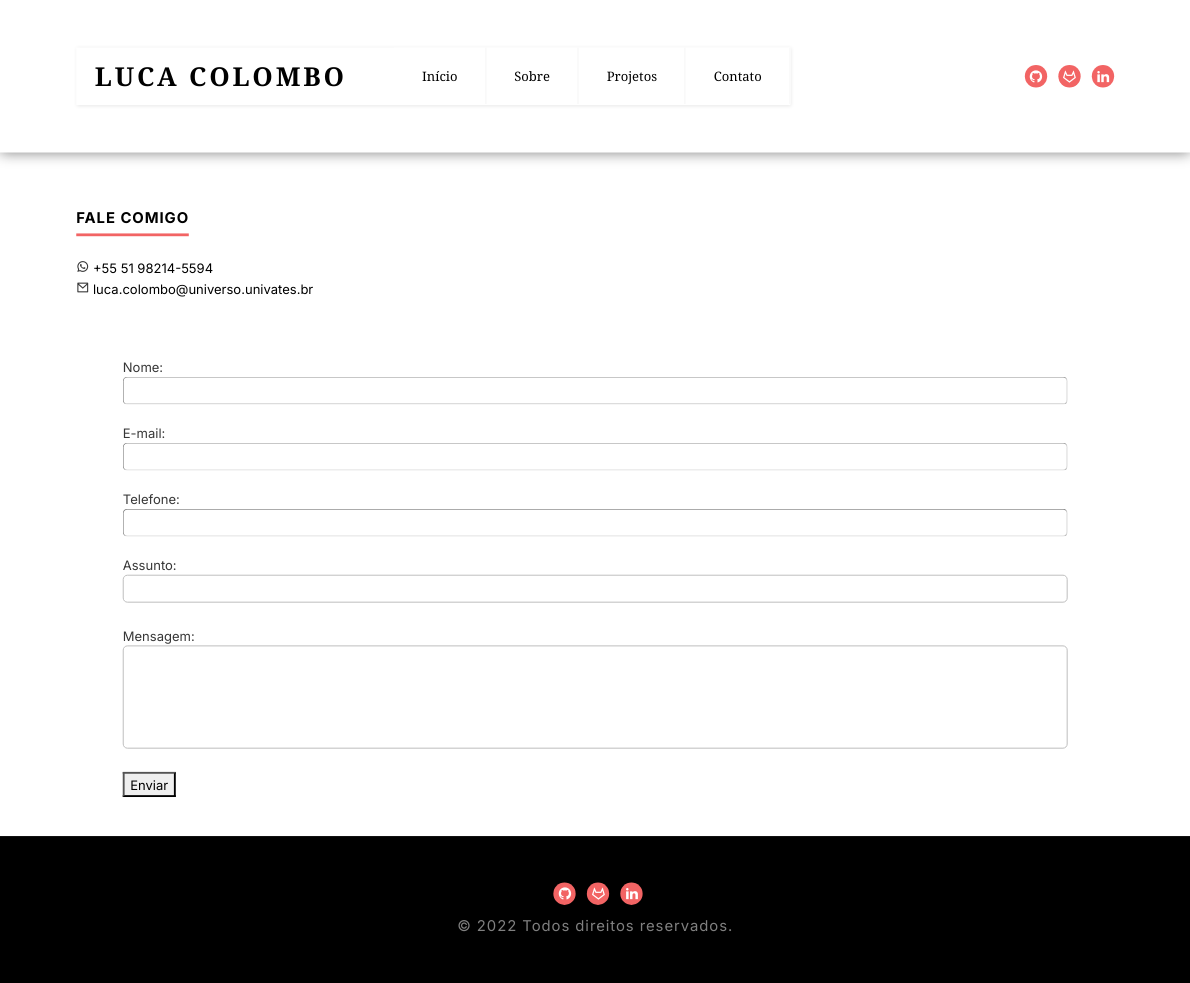
Repository: lxcxcxlxmb/portfolio
Page: contato.html
These files come from the project's save history. The page is drawn as it stood at one moment and after the next save; the edit follows.
The browser window is 1280 px wide. The pictures show the whole page, at 93% of full size.

Above is the page before, as saved 2022-05-25 17:05:32.

After the next save:
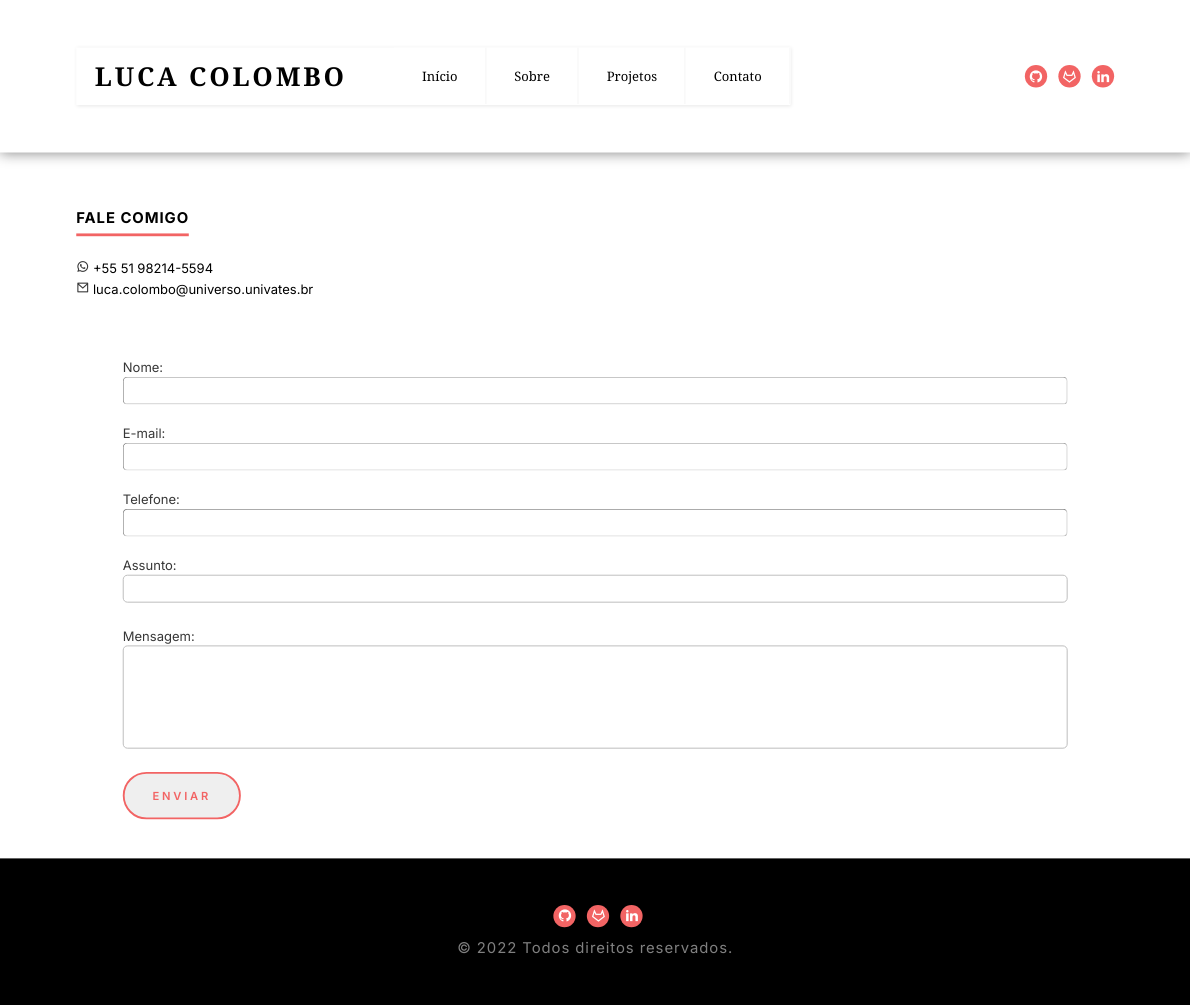
Saved 61 s later.
--- a/contato.html
+++ b/contato.html
@@ -77,7 +77,7 @@
             <textarea class="form-item" id="message" name="assunto" rows="1"></textarea><br>
             <label for="message">Mensagem:</label><br>
             <textarea class="form-item" id="message" name="message" rows="5"></textarea><br>
-            <input class="button" type="submit" value="Enviar">
+            <input class="ds-button" type="submit" value="Enviar">
           </form>
       </section>
     </div>
